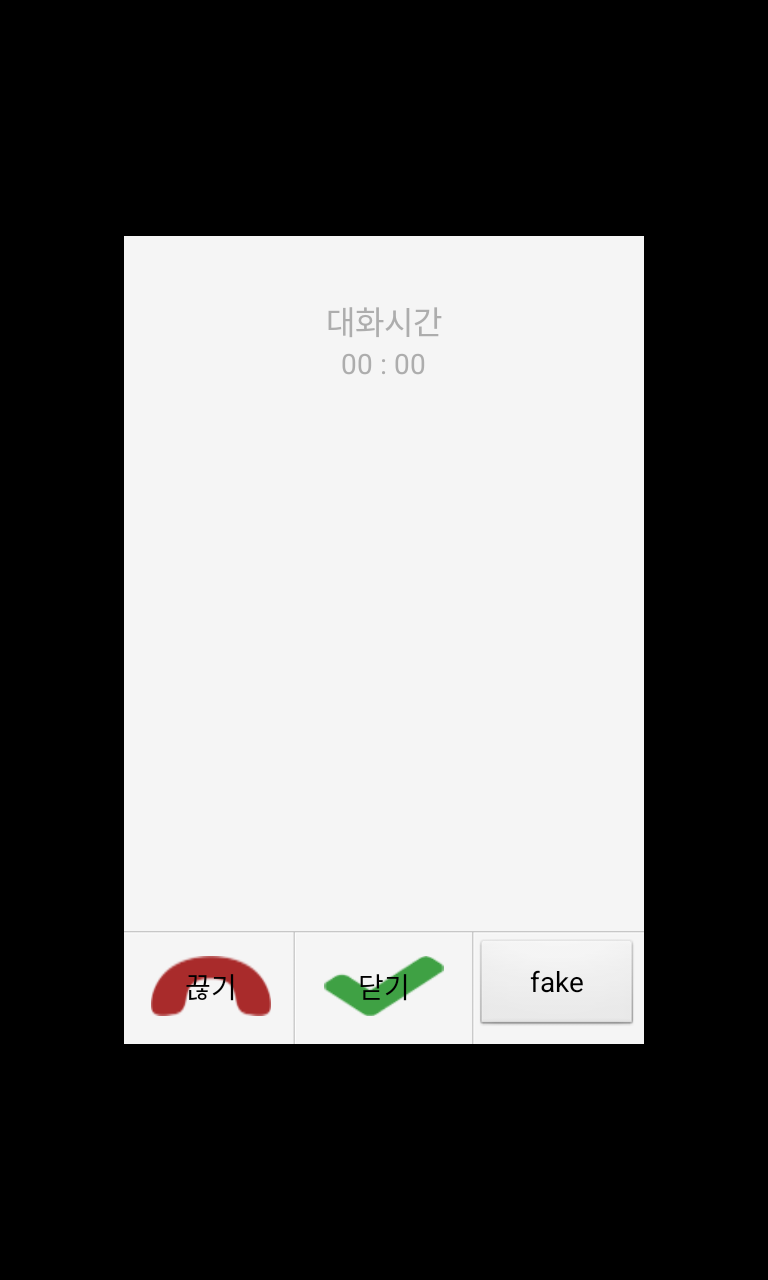
Repository: blacky512/smart_morning_call
Layout: client/SmartMorningCall/res/layout/voicechatting_frag.xml
These files come from the project's save history. The layout is drawn as it stood at one moment and after the next save; the edit follows.
It is drawn on a 768 x 1280 px phone screen (xhdpi) without system bars, with theme android:Theme.NoTitleBar; the app's code is not run.

Above is the layout before, as saved 2013-02-24 11:28:44.

### client/SmartMorningCall/res/layout/voicechatting_frag.xml
<?xml version="1.0" encoding="utf-8"?>
<RelativeLayout xmlns:android="http://schemas.android.com/apk/res/android"
    android:layout_width="match_parent"
    android:layout_height="match_parent" >

    <LinearLayout
        android:id="@+id/linearLayout1"
        android:layout_width="260dp"
        android:layout_height="404dp"
        android:layout_centerHorizontal="true"
        android:layout_centerVertical="true"
        android:background="@drawable/callwindow"
        android:orientation="vertical"
        android:padding="0dp" >

        <LinearLayout
            android:layout_width="match_parent"
            android:layout_height="wrap_content"
            android:orientation="vertical" >

            <TextView
                android:id="@+id/TextView01"
                android:layout_width="wrap_content"
                android:layout_height="wrap_content"
                android:layout_gravity="center"
                android:layout_marginTop="30dp"
                android:text="대화시간"
                android:textAppearance="?android:attr/textAppearanceMedium"
                android:textColor="#adadad"
                android:textSize="16sp" />

            <TextView
                android:id="@+id/tvTimer"
                android:layout_width="wrap_content"
                android:layout_height="wrap_content"
                android:layout_gravity="center"
                android:layout_marginTop="0dp"
                android:text="00 : 00"
                android:textAppearance="?android:attr/textAppearanceMedium"
                android:textColor="#adadad"
                android:textSize="14sp" />

        </LinearLayout>

        <FrameLayout
            android:id="@+id/calling"
            android:layout_width="260dp"
            android:layout_height="250dp" >
        </FrameLayout>

        <RelativeLayout
            android:id="@+id/RelativeLayout1"
            android:layout_width="match_parent"
            android:layout_height="match_parent"
            android:gravity="center_horizontal"
            android:padding="0dp" >

            <LinearLayout
                android:id="@+id/linearLayout2"
                android:layout_width="match_parent"
                android:layout_height="58dp"
                android:layout_alignParentBottom="true"
                android:layout_alignParentLeft="true" >

                <RelativeLayout
                    android:layout_width="87dp"
                    android:layout_height="match_parent"
                    android:layout_gravity="center" >

                    <Button
                        android:id="@+id/voicechat_cut"
                        android:layout_width="60dp"
                        android:layout_height="30dp"
                        android:layout_centerHorizontal="true"
                        android:layout_centerVertical="true"
                        android:background="@drawable/jhk_cut"
                        android:text="끊기"
                        android:visibility="visible" />

                </RelativeLayout>

                <RelativeLayout
                    android:layout_width="86dp"
                    android:layout_height="match_parent" >

                    <Button
                        android:id="@+id/voicechat_confirm"
                        android:layout_width="60dp"
                        android:layout_height="30dp"
                        android:layout_centerInParent="true"
                        android:layout_margin="0dp"
                        android:layout_weight="1"
                        android:background="@drawable/jhk_confirm"
                        android:text="닫기"
                        android:visibility="visible" />

                </RelativeLayout>

                <RelativeLayout
                    android:layout_width="87dp"
                    android:layout_height="match_parent" >

                    <Button
                        android:id="@+id/fake"
                        android:layout_width="83dp"
                        android:layout_height="wrap_content"
                        android:layout_centerInParent="true"
                        android:layout_weight="1"
                        android:clickable="false"
                        android:text="fake"
                        android:visibility="visible" />
                </RelativeLayout>
            </LinearLayout>

        </RelativeLayout>

    </LinearLayout>

</RelativeLayout>

After the next save:
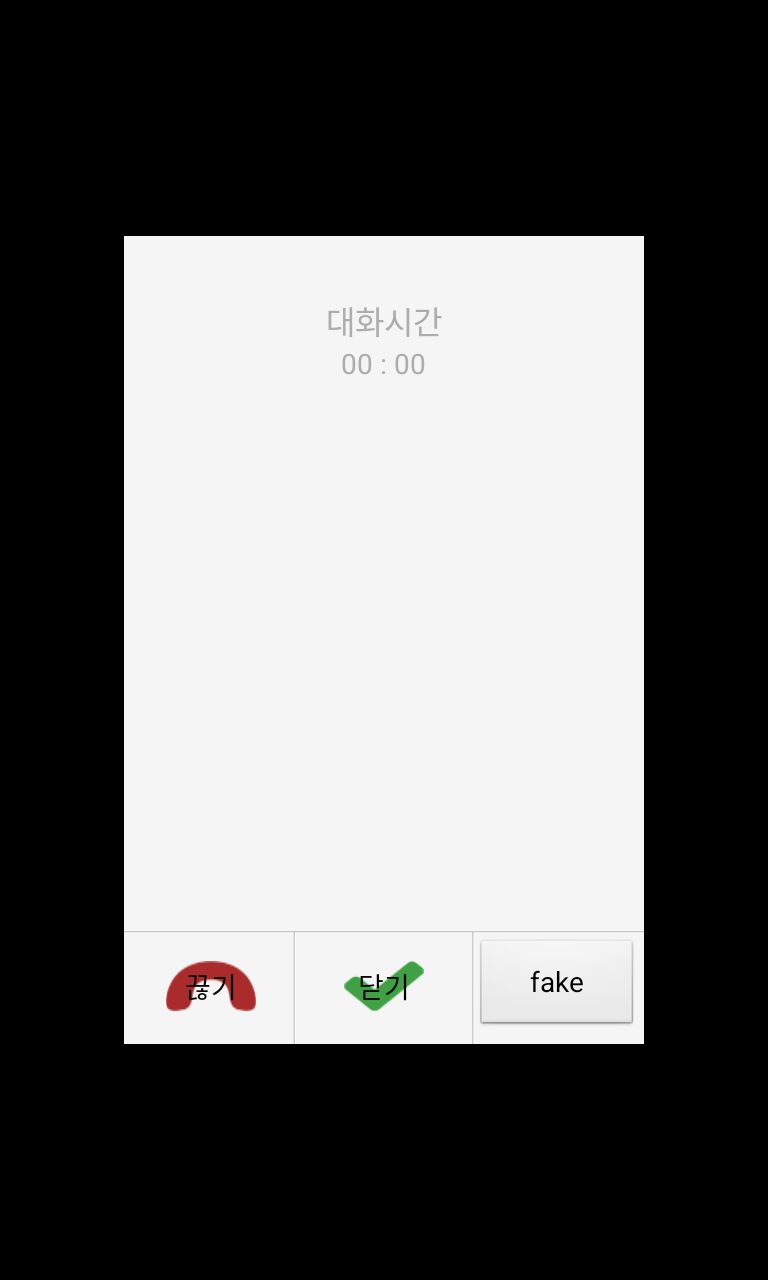
Saved 108 s later.
--- a/client/SmartMorningCall/res/layout/voicechatting_frag.xml
+++ b/client/SmartMorningCall/res/layout/voicechatting_frag.xml
@@ -69,8 +69,8 @@
 
                     <Button
                         android:id="@+id/voicechat_cut"
-                        android:layout_width="60dp"
-                        android:layout_height="30dp"
+                        android:layout_width="45dp"
+                        android:layout_height="25dp"
                         android:layout_centerHorizontal="true"
                         android:layout_centerVertical="true"
                         android:background="@drawable/jhk_cut"
@@ -85,8 +85,8 @@
 
                     <Button
                         android:id="@+id/voicechat_confirm"
-                        android:layout_width="60dp"
-                        android:layout_height="30dp"
+                        android:layout_width="40dp"
+                        android:layout_height="25dp"
                         android:layout_centerInParent="true"
                         android:layout_margin="0dp"
                         android:layout_weight="1"
